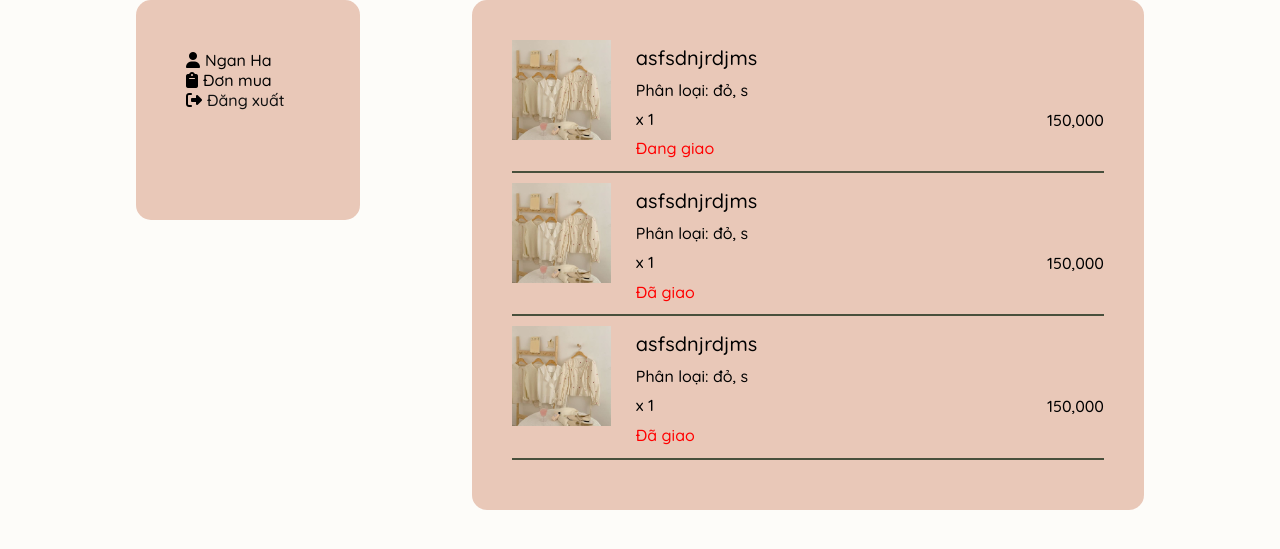
Repository: nganha241/store
Page: profile.html
These files come from the project's save history. The page is drawn as it stood at one moment and after the next save; the edit follows.
The browser window is 1280 px wide. The pictures show the whole page.
Some web libraries are served in a nearby version.

Above is the page before, as saved 2022-04-22 21:33:33.

After the next save:
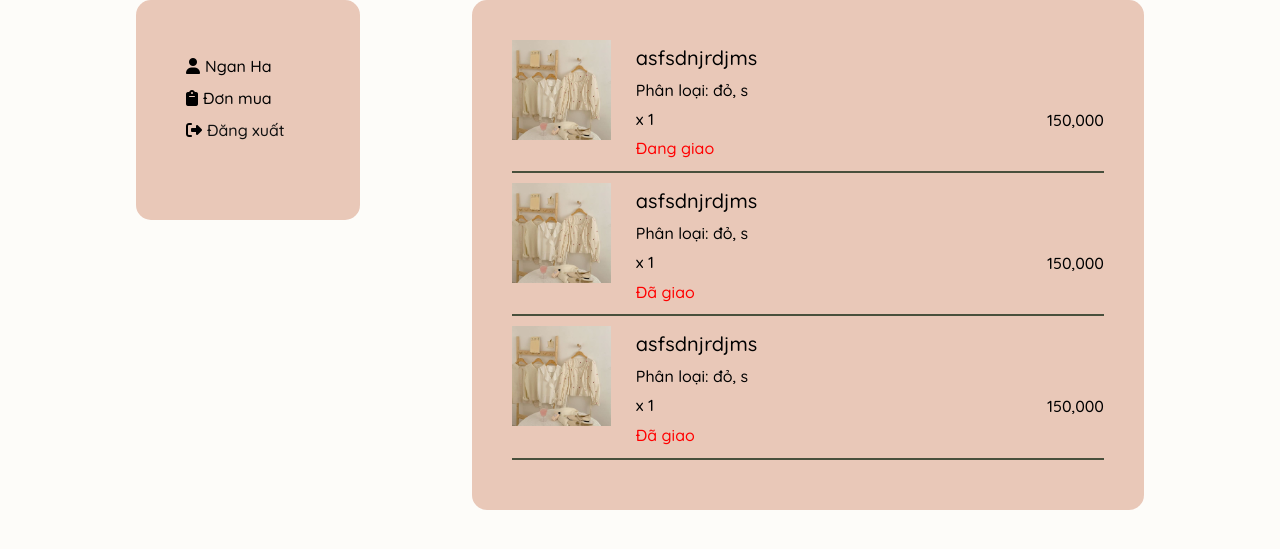
Saved 49 s later.
--- a/style.css
+++ b/style.css
@@ -1076,10 +1076,6 @@
     font-weight: 500;
 }
 
-.container .profile .active ul {
-    line-height: 1.8;
-}
-
 .container .profile .active {
     width: 20%;
     background: rgba(231, 195, 178, 0.9);
@@ -1089,6 +1085,7 @@
 
 .container .profile .active .list {
     padding: 50px;
+    line-height: 2;
 }
 
 .container .profile .active .list i {

After the save that followed:
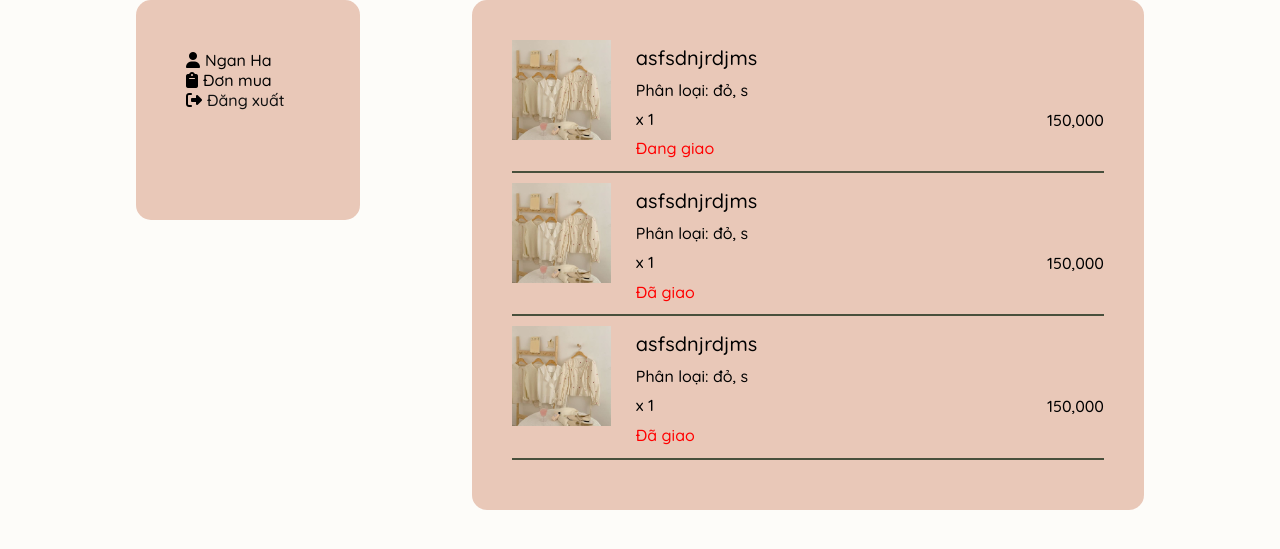
Saved 39 s later.
--- a/style.css
+++ b/style.css
@@ -1085,7 +1085,6 @@
 
 .container .profile .active .list {
     padding: 50px;
-    line-height: 2;
 }
 
 .container .profile .active .list i {
